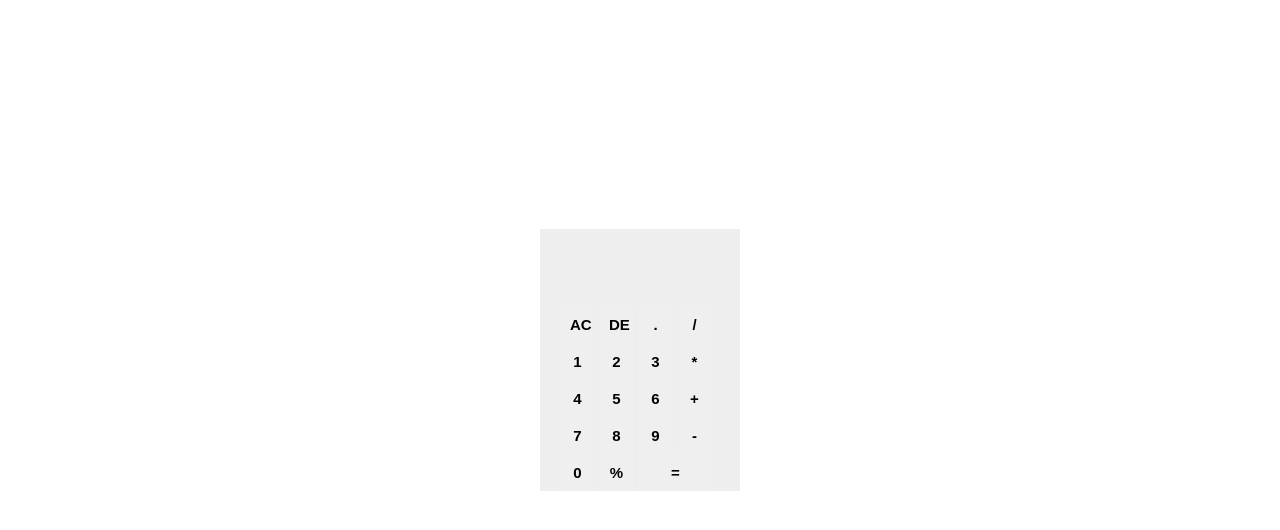
Repository: jerrys-arch/web-calculator
Page: index.html
An editor plug-in stored every save of this project. The page is shown before and after a run of saves, followed by the edit.
The browser window is 1280 px wide. The pictures show the whole page.

Above is the page before, as saved 2024-11-30 05:15:45.

After the next 4 saves:
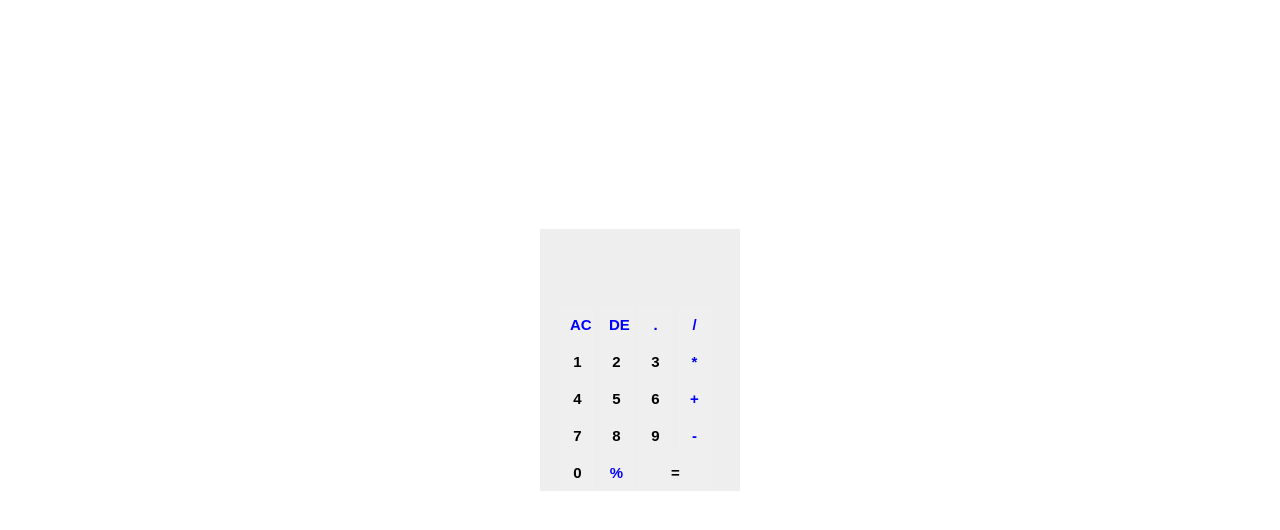
The 4 saves are shown as one change because they came seconds apart.
The last was saved 11 s later.
--- a/styles.css
+++ b/styles.css
@@ -35,4 +35,6 @@
 .calculator form .equal{
     width:75px;
 }
-.op
+.operator{
+    color:blue
+}
